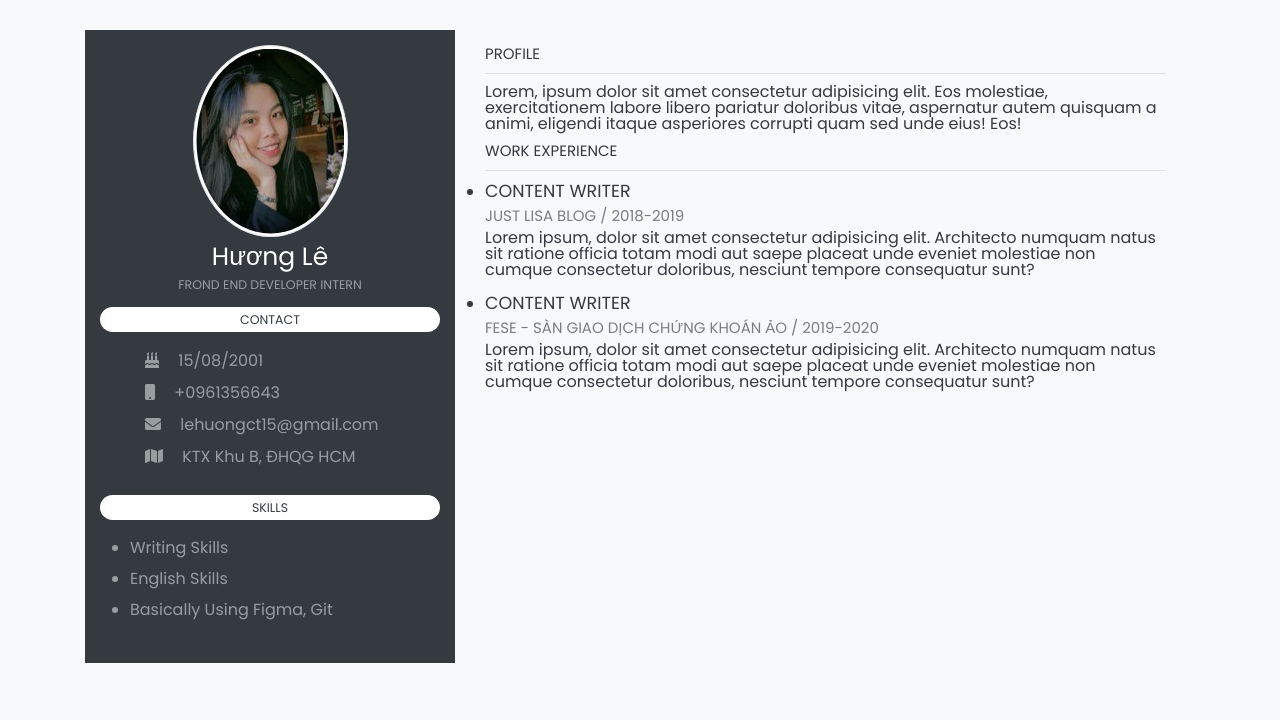
Repository: huongle158/cvhuongle
Page: index.html
An editor plug-in stored every save of this project. The page is shown before and after the next save, followed by the edit.
The browser window is 1280 px wide. The pictures show the whole page.
Some web libraries are served in a nearby version.

Above is the page before, as saved 2021-12-12 23:47:40.

After the next save:
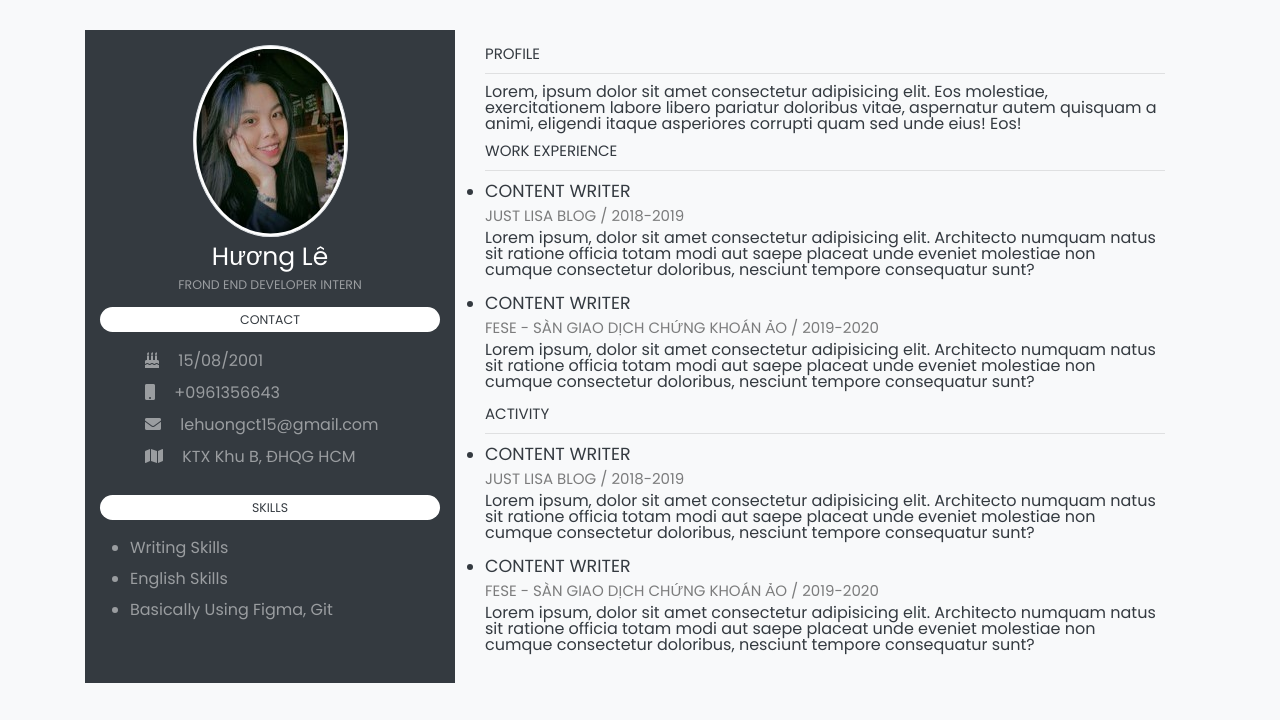
Saved 83 s later.
--- a/index.html
+++ b/index.html
@@ -98,6 +98,24 @@
               </ul>
 
             </div>
+             <div>
+                <h4 class="text-uppercase">Activity</h4>
+                <hr>
+                <ul class="list">
+                <li class="list-item mb-4">
+                    <h3 class="display-6 text-uppercase">Content Writer</h3>
+                    <h4 class="text-uppercase text-black-50">Just Lisa blog  / 2018-2019</h4>
+                    <p>Lorem ipsum, dolor sit amet consectetur adipisicing elit. Architecto numquam natus sit ratione officia totam modi aut saepe placeat unde eveniet molestiae non cumque consectetur doloribus, nesciunt tempore consequatur sunt?</p>
+                </li>
+                 <li class="list-item mb-4">
+                    <h3 class="display-6 text-uppercase">Content Writer</h3>
+                    <h4 class="text-uppercase text-black-50">FESE - Sàn Giao dịch Chứng khoán ảo  / 2019-2020</h4>
+                    <p>Lorem ipsum, dolor sit amet consectetur adipisicing elit. Architecto numquam natus sit ratione officia totam modi aut saepe placeat unde eveniet molestiae non cumque consectetur doloribus, nesciunt tempore consequatur sunt?</p>
+                </li>
+
+              </ul>
+
+            </div>
         </div>
       </div>
     </div>
